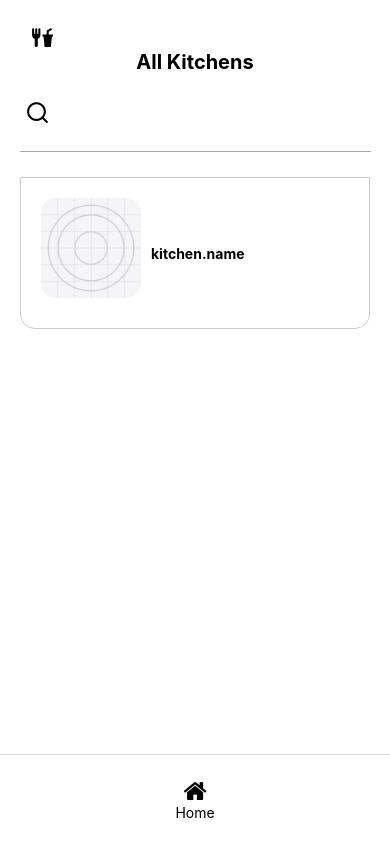
Repository: abdelrahman264/Via-Drive-Thru-Task
Screen: /
The author's editor kept a copy of each file at every save. The screen is drawn from the files as they stood at one save, then again after the next save.
The app was drawn by React Native's web renderer in a window 390 px wide. The project was rebuilt for these pictures with package versions that can differ from the ones it lists, and the page was loaded fresh each time.

Above is the screen before, as saved 2022-05-12 13:57:12.

### App.js
import { useState } from "react";
import { NavigationContainer } from "@react-navigation/native";
import { createNativeStackNavigator } from "@react-navigation/native-stack";
import { QueryClient, QueryClientProvider } from "react-query";
import {
  StyleSheet,
  Text,
  View,
  useColorScheme,
  TouchableOpacity,
} from "react-native";
import Tabs from "./navigation/Tabs";

const queryClient = new QueryClient();
const Stack = createNativeStackNavigator();

export default function App() {
  const colorScheme = useColorScheme();
  const [theme, setTheme] = useState(colorScheme);
  return (
    <QueryClientProvider client={queryClient}>
      <NavigationContainer>
        <Stack.Navigator>
          <Stack.Screen
            name="Tabs"
            component={Tabs}
            options={{ headerShown: false }}
          />
        </Stack.Navigator>
      </NavigationContainer>
    </QueryClientProvider>
  );
}

### navigation/Tabs.js
import { createBottomTabNavigator } from "@react-navigation/bottom-tabs";
import { StyleSheet, Text, View, useColorScheme } from "react-native";
import HomeScreen from "../screens/HomeScreen";
import { FontAwesome } from "@expo/vector-icons";

const Tab = createBottomTabNavigator();

const Tabs = () => {
  const colorScheme = useColorScheme();
  return (
    <Tab.Navigator
      screenOptions={{
        tabBarShowLabel: false,
        tabBarStyle: {
          position: "relative",
          left: 0,
          right: 0,
          elevation: 0,
          backgroundColor: colorScheme === "dark" ? "#000" : "#fff",
          height: 90,
          ...styles.shadow,
        },
      }}
    >
      <Tab.Screen
        name="Home"
        component={HomeScreen}
        options={{
          headerShown: false,
          tabBarIcon: ({ focused }) => (
            <View
              style={{
                alignItems: "center",
                justifyContent: "center",
              }}
            >
              <FontAwesome
                name="home"
                size={25}
                color={colorScheme === "dark" ? "#fff" : "#000"}
                style={{ opacity: focused ? 1 : 0.5 }}
              />
              <Text
                style={{
                  color: colorScheme === "dark" ? "#fff" : "#000",
                  opacity: focused ? 1 : 0.5,
                }}
              >
                Home
              </Text>
            </View>
          ),
        }}
      />
    </Tab.Navigator>
  );
};
const styles = StyleSheet.create({
  shadow: {
    shadowColor: "#7F5DF0",
    shadowOffset: {
      width: 0,
      height: 10,
    },
    shadowOpacity: 0.25,
    shadowRadius: 3.5,
    elevation: 5,
  },
});
export default Tabs;

### screens/HomeScreen.js
import React, { useState, useCallback } from "react";
import {
  View,
  Text,
  Image,
  StyleSheet,
  TouchableOpacity,
  ScrollView,
  RefreshControl,
  SafeAreaView,
} from "react-native";
import { Feather, MaterialCommunityIcons } from "@expo/vector-icons";

const wait = (timeout) => {
  return new Promise((resolve) => setTimeout(resolve, timeout));
};

const AllKitchens = ({ navigation }) => {
  const [value, setValue] = useState("");
  const [refreshing, setRefreshing] = useState(false);
  const onRefresh = useCallback(() => {
    setRefreshing(true);
    wait(2000).then(() => setRefreshing(false));
  }, []);

  const isCloseToBottom = ({
    layoutMeasurement,
    contentOffset,
    contentSize,
  }) => {
    const paddingToBottom = 20;
    return (
      layoutMeasurement.height + contentOffset.y >=
      contentSize.height - paddingToBottom
    );
  };

  return (
    <SafeAreaView style={styles.container}>
      <View flexDirection="row">
        <MaterialCommunityIcons
          style={styles.orderstitleicon}
          name="food-fork-drink"
          color="#000"
          size={25}
        />
        <Text style={styles.applyPromoCode}>All Kitchens</Text>
        <TouchableOpacity onPress={() => navigation.navigate("SearchScreen")}>
          <Feather
            style={{ padding: 25 }}
            name="search"
            size={25}
            color="black"
          />
        </TouchableOpacity>
      </View>

      <Text
        style={{
          width: "90%",
          justifyContent: "center",
          alignSelf: "center",
          borderBottomWidth: 1,
          borderColor: "#A9A9A9",
          marginBottom: 5,
        }}
      ></Text>
      <ScrollView
        showsVerticalScrollIndicator={false}
        refreshControl={
          <RefreshControl
            refreshing={refreshing}
            onRefresh={() => {
              onRefresh(), refetch();
            }}
          />
        }
      >
        <View>
          <TouchableOpacity activeOpacity={1} style={{ padding: 20 }}>
            <View style={styles.cardInfo}>
              <View
                style={{
                  flex: 1,
                  flexDirection: "row",
                  justifyContent: "space-between",
                }}
              >
                <Image
                  source={require("../assets/icon.png")}
                  style={{
                    borderRadius: 15,
                    width: 100,
                    height: 100,
                    marginBottom: 10,
                    paddingLeft: 20,
                  }}
                />
                <Text style={styles.cardTitle}>kitchen.name</Text>
              </View>
            </View>
          </TouchableOpacity>
        </View>
      </ScrollView>
    </SafeAreaView>
  );
};

const styles = StyleSheet.create({
  container: {
    flex: 1,
    backgroundColor: "#fff",
  },
  sliderContainer: {
    height: 200,
    width: "100%",
    justifyContent: "center",
    alignSelf: "center",
    borderRadius: 15,
  },
  slide: {
    flex: 1,
    justifyContent: "center",
    backgroundColor: "transparent",
    borderWidth: 1,
    borderColor: "#A9A9A9",
    borderBottomColor: "#fff",
    borderTopLeftRadius: 15,
    borderTopRightRadius: 15,
  },
  sliderImage: {
    height: 200,
    width: 350,
    alignSelf: "center",
    // borderWidth: 1,
    borderRadius: 15,
  },
  scrollView: {
    width: "90%",
    alignSelf: "center",
    marginHorizontal: 10,
    height: "75%",
  },
  cardInfo: {
    flex: 2,
    width: "100%",
    padding: 20,
    borderColor: "#ccc",
    borderBottomLeftRadius: 15,
    borderBottomRightRadius: 15,
    elevation: 5,
    marginBottom: 10,
    borderWidth: 1,
    backgroundColor: "#fff",
  },
  cardTitle: {
    flex: 1,
    alignSelf: "center",
    paddingLeft: 10,
    fontWeight: "bold",
  },
  orderstitleicon: {
    fontWeight: "bold",
    paddingTop: 25,
    paddingLeft: 30,
    paddingRight: 10,
  },
  orderstitleicon2: {
    fontWeight: "bold",
    paddingTop: 25,
    paddingLeft: 10,
    paddingRight: 25,
  },
  applyPromoCode: {
    flex: 1,
    alignSelf: "center",
    justifyContent: "center",
    fontWeight: "bold",
    fontSize: 20,
    textAlign: "left",
  },
  cardDetails: {
    fontSize: 12,
    color: "#444",
    marginBottom: 5,
  },
});
export default AllKitchens;

After the next save:
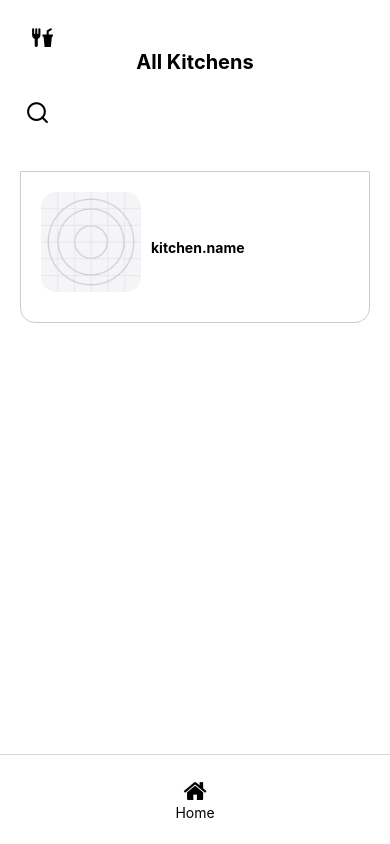
Saved 13 s later.
--- a/screens/HomeScreen.js
+++ b/screens/HomeScreen.js
@@ -55,16 +55,6 @@ const AllKitchens = ({ navigation }) => {
         </TouchableOpacity>
       </View>
 
-      <Text
-        style={{
-          width: "90%",
-          justifyContent: "center",
-          alignSelf: "center",
-          borderBottomWidth: 1,
-          borderColor: "#A9A9A9",
-          marginBottom: 5,
-        }}
-      ></Text>
       <ScrollView
         showsVerticalScrollIndicator={false}
         refreshControl={
